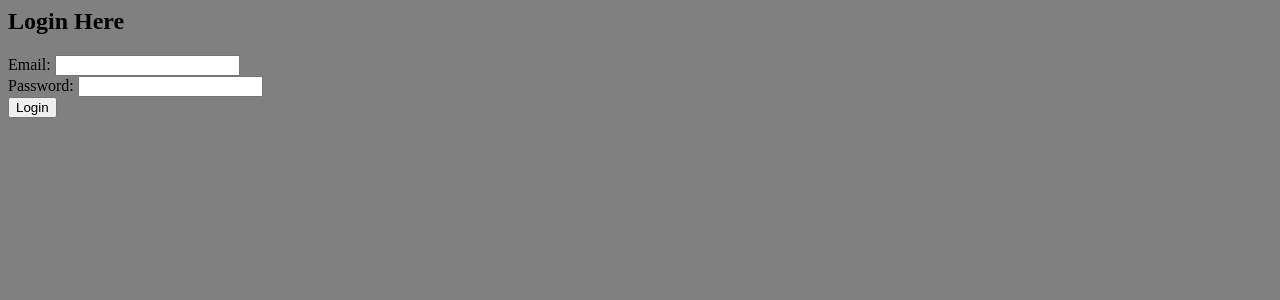
Repository: Mehakbatra496/Eclipse_Workspace
Page: http://localhost/G5_Springboot_LoginReg_ProfileApp/views/aboutUsPage.jsp
The author's editor kept a copy of each file at every save. The page is drawn from the files as they stood at one save, then again after the next save.
The browser window is 1280 px wide. The pictures show the whole page.
The page is served by Tomcat 9. Other server files are loaded and not shown.

Above is the page before, as saved 2024-08-26 06:40:16.

### G5_Springboot_LoginReg_ProfileApp/src/main/webapp/views/aboutUsPage.jsp
<%@ page language="java" contentType="text/html; charset=ISO-8859-1"
    pageEncoding="ISO-8859-1"%>

<html>
    <head>
        <meta charset="ISO-8859-1">
        <title>Home</title>
        <style>

           .menubar_div {background-color: powderblue;}

        </style>
    </head>

    <body style="background-color: gray">
    <h2>Login Here</h2>
		<form>
			Email:
			<input type="text" name="name1">
			<br>
			Password:
			<input type="text" name="pass1">
			<br>
			<input type="submit" value= Login>
			<br>
		</form>
    </body>
</html>

After the next save:
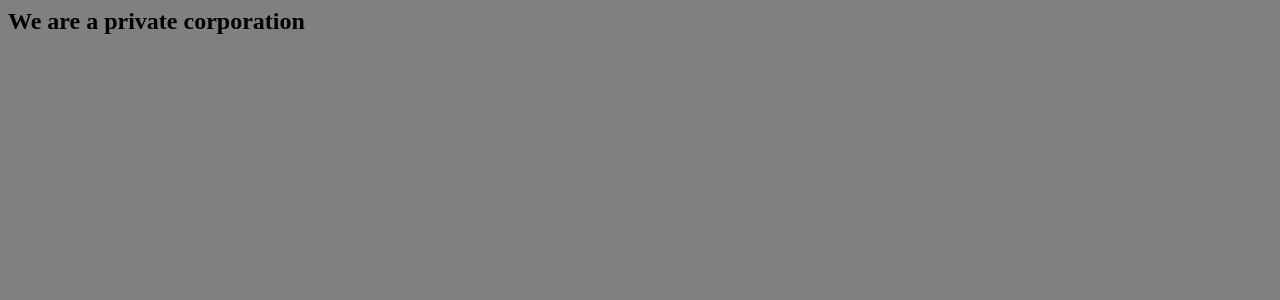
Saved 70 s later.
--- a/G5_Springboot_LoginReg_ProfileApp/src/main/webapp/views/aboutUsPage.jsp
+++ b/G5_Springboot_LoginReg_ProfileApp/src/main/webapp/views/aboutUsPage.jsp
@@ -13,16 +13,7 @@
     </head>
 
     <body style="background-color: gray">
-    <h2>Login Here</h2>
-		<form>
-			Email:
-			<input type="text" name="name1">
-			<br>
-			Password:
-			<input type="text" name="pass1">
-			<br>
-			<input type="submit" value= Login>
-			<br>
-		</form>
+    <h2>We are a private corporation</h2>
+
     </body>
 </html>
